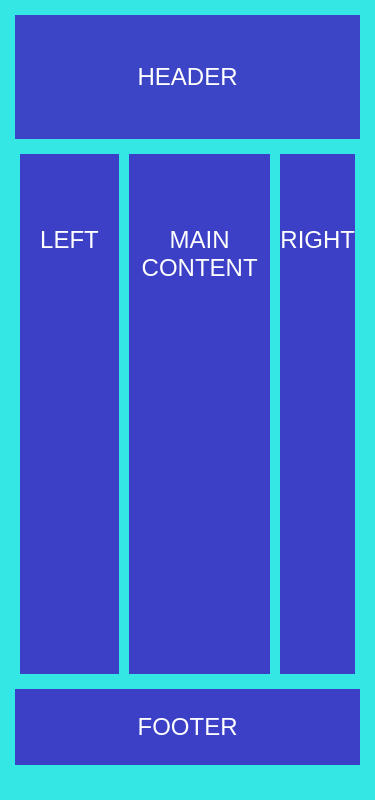
Repository: Badynko/tennis-website
Page: index.html
These files come from the project's save history. The page is drawn as it stood at one moment and after the next save; the edit follows.
The browser window is 375 px wide. The pictures show the whole page.

Above is the page before, as saved 2024-08-01 19:09:39.

### index.html
<!DOCTYPE html>
<html lang="en">
  <head>
    <meta charset="UTF-8" />
    <meta name="viewport" content="width=device-width, initial-scale=1.0" />
    <title>Výsledky zápasov 2024</title>
    <link rel="stylesheet" href="css/style.css" />
  </head>
  <body>
    <header>HEADER</header>
    <div class="main">
      <aside class="left">LEFT</aside>
      <main>MAIN CONTENT</main>
      <aside class="right">RIGHT</aside>
    </div>
    <footer>FOOTER</footer>
  </body>
</html>

### css/style.css
* {
  margin: 5px;
  box-sizing: border-box;
}

body {
  height: 95vh;
  background: #34e7e4;
  font-family: sans-serif;
  text-align: center;
  color: white;
  font-size: 24px;
  display: flex;
  flex-direction: column;
}

header {
  background: #3c45c6;
  padding: 2em 0 2em 0;
}

.main {
  display: flex;
  flex: 1;
}

.left {
  background: #3c40c6;
  padding: 3em 0 3em 0;
  flex: 1 1 100px;
}

main {
  background: #3c40c6;
  padding: 3em 0 3em 0;
  flex: 5 5 150px;
}

.right {
  background: #3c40c6;
  padding: 3em 0 3em 0;
}

footer {
  background: #3c40c6;
  padding: 1em 0 1em 0;
}

After the next save:
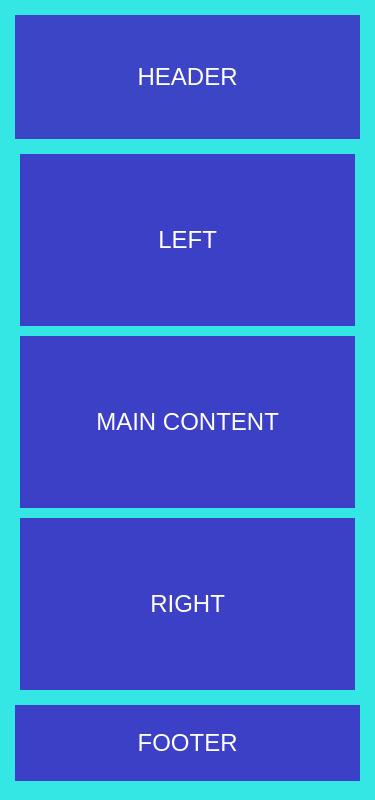
Saved 64 s later.
--- a/css/style.css
+++ b/css/style.css
@@ -45,3 +45,9 @@
   background: #3c40c6;
   padding: 1em 0 1em 0;
 }
+
+@media all and (max-width: 550px) {
+  .main {
+    flex-direction: column;
+  }
+}
